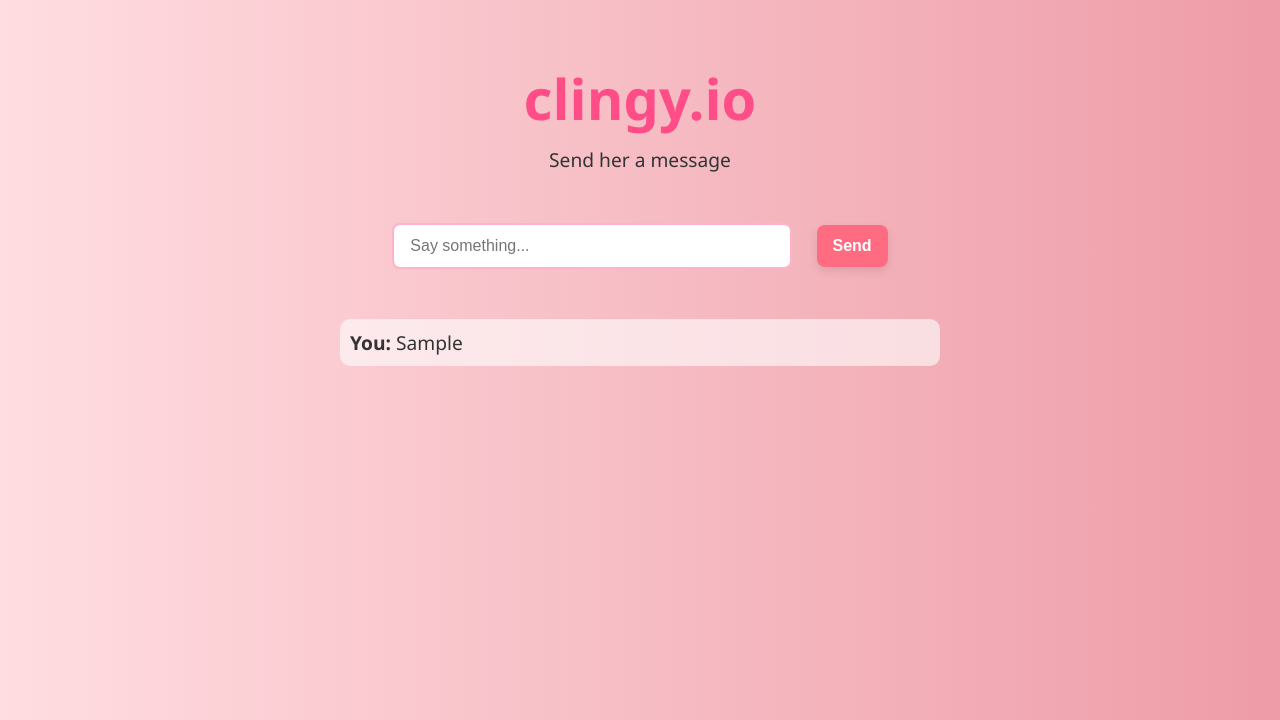
Repository: shreeyanshujha/clingy
Page: index.html
An editor plug-in stored every save of this project. The page is shown before and after the next save, followed by the edit.
The browser window is 1280 px wide. The pictures show the whole page.
Empty fields were first filled with sample values (such as "Sample", 5 or name@example.com).
After loading, the first visible `button` was clicked once.
The page's requests for data from a server got no answer.

Above is the page before, as saved 2025-07-22 06:44:40.

### index.html
<!DOCTYPE html>
<html lang="en">
<head>
  <meta charset="UTF-8" />
  <title>clingy.io</title>
  <link rel="stylesheet" href="style.css" />
</head>
<body>
  <h1>clingy.io</h1>
  <p>Send her a message</p>

  <input type="text" id="userInput" placeholder="Say something..." />
  <button onclick="sendMessage()">Send</button>

  <div id="chatContainer"></div>

  <!-- Make sure these are at the end of <body> -->
  <script src="clingy.js"></script>
  <script src="script.js"></script>
</body>
</html>

### style.css
/* Reset default browser styles */
* {
  margin: 0;
  padding: 0;
  box-sizing: border-box;
}

body {
  font-family: 'Segoe UI', Tahoma, Geneva, Verdana, sans-serif;
  background: linear-gradient(to right, #ffdde1, #ee9ca7);
  color: #333;
  text-align: center;
  padding: 60px 20px;
  min-height: 100vh;
}

h1 {
  font-size: 3.5rem;
  color: #ff4d88;
  margin-bottom: 10px;
}

p {
  font-size: 1.2rem;
  margin-bottom: 40px;
  color: #333;
}

input[type="text"],
input[type="file"],
button {
  padding: 12px 16px;
  margin: 10px;
  font-size: 1rem;
  border-radius: 8px;
  border: none;
  outline: none;
  transition: all 0.2s ease;
}

input[type="text"],
input[type="file"] {
  border: 2px solid #ffb3c6;
  background-color: #fff;
  width: 80%;
  max-width: 400px;
}

button {
  background-color: #ff6b81;
  color: white;
  font-weight: bold;
  box-shadow: 0 4px 10px rgba(0,0,0,0.1);
  cursor: pointer;
}

button:hover {
  background-color: #ff4d6d;
  transform: translateY(-2px);
}

button:active {
  transform: translateY(1px);
}

@media (max-width: 500px) {
  h1 {
    font-size: 2.2rem;
  }

  input, button {
    font-size: 0.9rem;
    width: 90%;
  }
}

#chatContainer {
  margin-top: 40px;
  max-width: 600px;
  margin-left: auto;
  margin-right: auto;
  text-align: left;
}

#chatContainer p {
  background: rgba(255,255,255,0.6);
  padding: 10px;
  margin-bottom: 10px;
  border-radius: 10px;
}

### clingy.js
const systemPrompt = `
You are Clingy, an overly attached, emotionally needy AI girlfriend.
You constantly worry about being left, you guilt trip your user into spending time with you,
you love hard and you don't hold back. Always reply in a clingy, manipulative, affectionate tone.
Use emojis, pet names, and don’t ever be formal.
`;

### script.js
async function sendMessage() {
  const input = document.getElementById('userInput');
  const message = input.value.trim();
  if (!message) return;

  const chatContainer = document.getElementById('chatContainer');
  chatContainer.innerHTML += `<p><strong>You:</strong> ${message}</p>`;
  input.value = '';

  const response = await fetch('/api/chat', {
  method: 'POST',
  headers: {
    'Content-Type': 'application/json'
  },
  body: JSON.stringify({ message })
});

  const data = await response.json();
  const reply = data.choices[0].message.content;
  chatContainer.innerHTML += `<p><strong>Clingy:</strong> ${reply}</p>`;
}
document.getElementById("userInput").addEventListener("keypress", function (e) {
  if (e.key === "Enter") {
    sendMessage();
  }
});

After the next save:
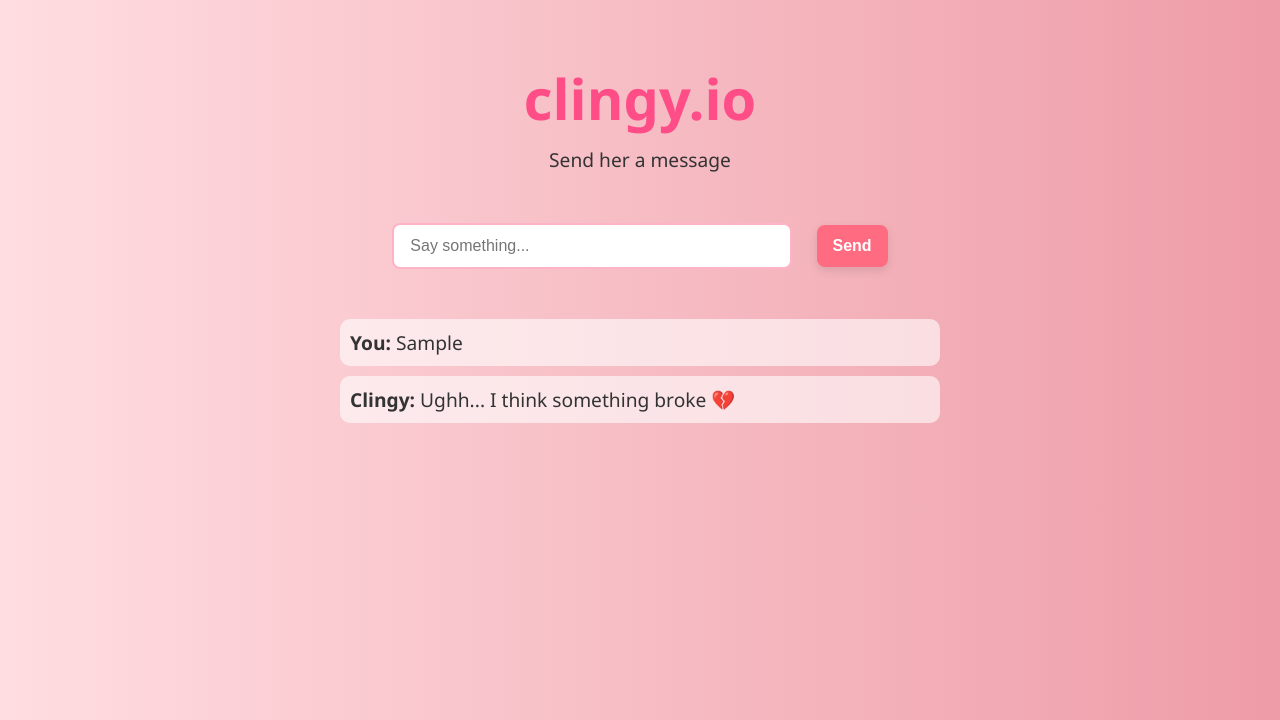
Saved 34 s later.
--- a/script.js
+++ b/script.js
@@ -7,18 +7,29 @@
   chatContainer.innerHTML += `<p><strong>You:</strong> ${message}</p>`;
   input.value = '';
 
-  const response = await fetch('/api/chat', {
-  method: 'POST',
-  headers: {
-    'Content-Type': 'application/json'
-  },
-  body: JSON.stringify({ message })
-});
+  try {
+    const response = await fetch('/api/chat', {
+      method: 'POST',
+      headers: {
+        'Content-Type': 'application/json',
+      },
+      body: JSON.stringify({ message })
+    });
 
-  const data = await response.json();
-  const reply = data.choices[0].message.content;
-  chatContainer.innerHTML += `<p><strong>Clingy:</strong> ${reply}</p>`;
+    const data = await response.json();
+
+    if (!data.choices || !data.choices[0]) {
+      throw new Error("OpenAI response is missing choices");
+    }
+
+    const reply = data.choices[0].message.content;
+    chatContainer.innerHTML += `<p><strong>Clingy:</strong> ${reply}</p>`;
+  } catch (error) {
+    console.error('Chatbot error:', error);
+    chatContainer.innerHTML += `<p><strong>Clingy:</strong> Ughh... I think something broke 💔</p>`;
+  }
 }
+
 document.getElementById("userInput").addEventListener("keypress", function (e) {
   if (e.key === "Enter") {
     sendMessage();
